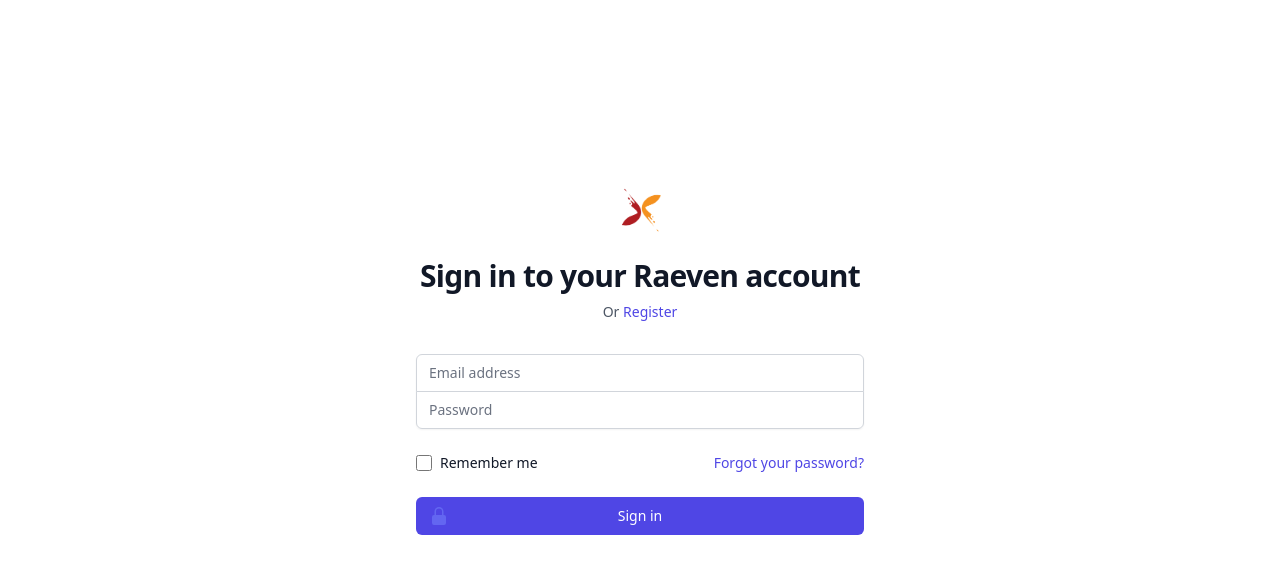
Repository: Curiosityxploring/raeven-site
Page: /login
The author's editor kept a copy of each file at every save. The page is drawn from the files as they stood at one save, then again after the next save.
The browser window is 1280 px wide. The pictures show the whole page.
The project was rebuilt for these pictures with package versions that can differ from the ones it lists, and the page was loaded fresh each time. The framework's server and built-in components were replaced by stand-ins that run in the browser. Also part of the build but not shown: next.config.js.

Above is the page before, as saved 2023-01-12 15:20:38.

After the next save:
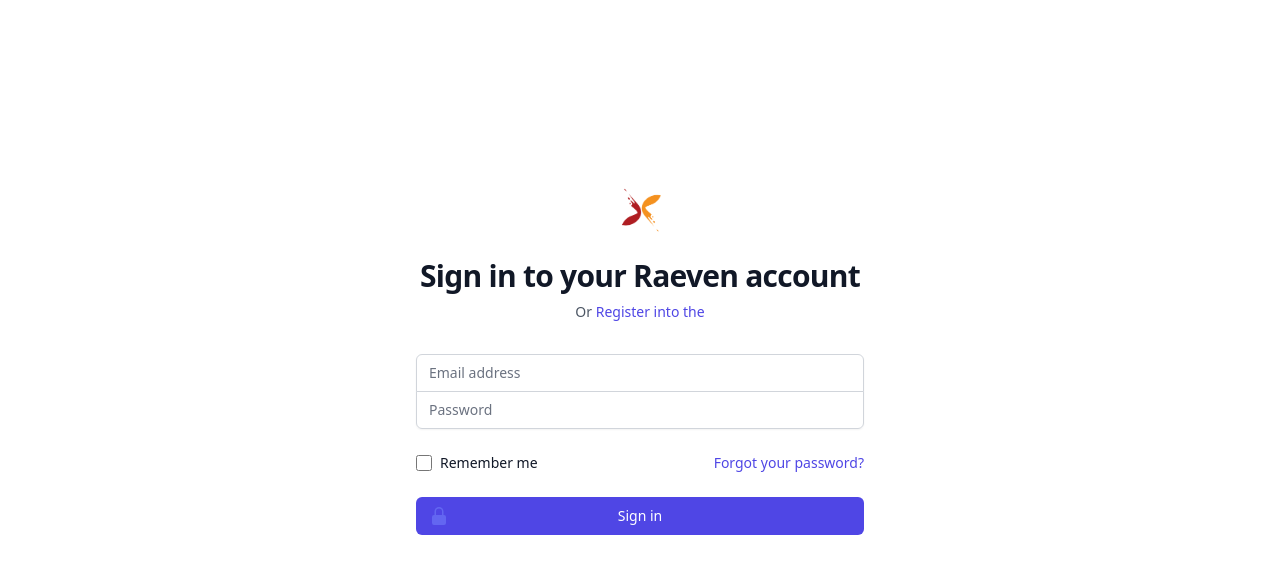
Saved 6 s later.
--- a/pages/login.jsx
+++ b/pages/login.jsx
@@ -26,7 +26,7 @@
             <p className="mt-2 text-center text-sm text-gray-600">
               Or{' '}
               <a href="#" className="font-medium text-indigo-600 hover:text-indigo-500">
-                Register
+                Register into the
               </a>
             </p>
           </div>
